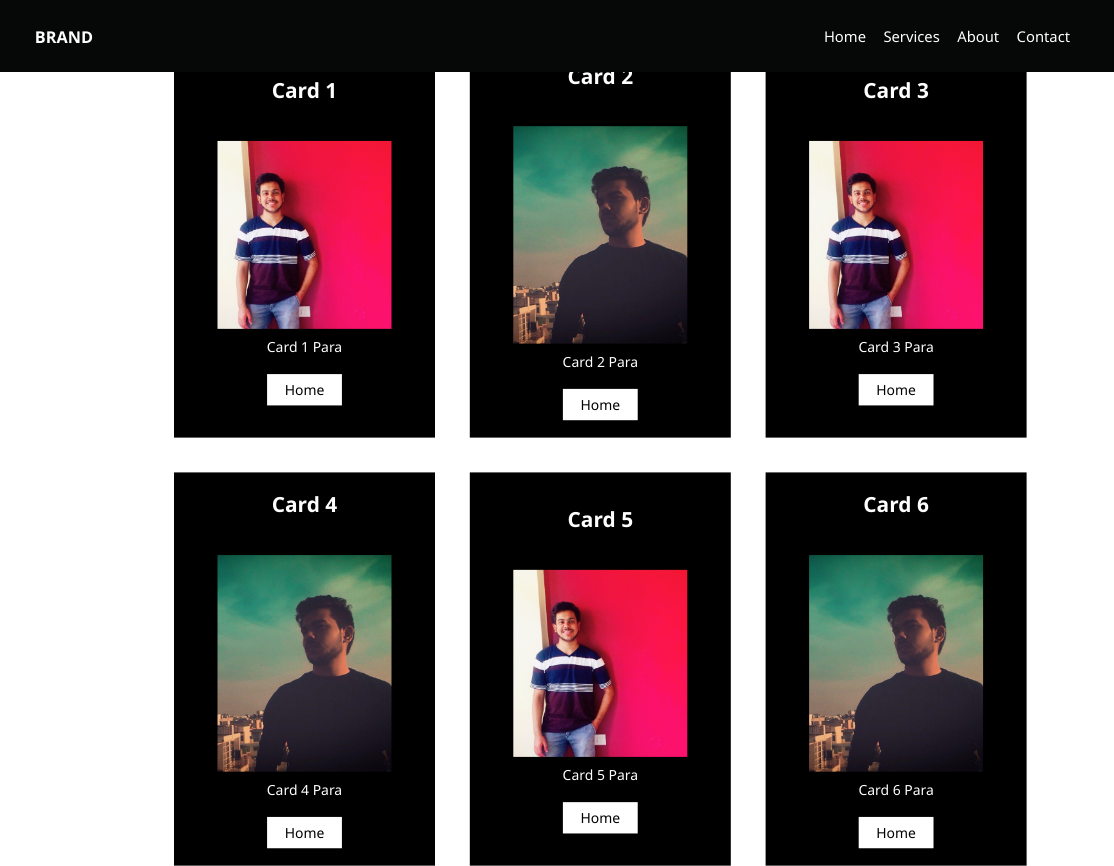
Repository: hemantsaini-7/React_Basics
Page: /services (app in webreact/)
These files come from the project's save history. The page is drawn as it stood at one moment and after the next save; the edit follows.
The browser window is 1280 px wide. The pictures show the whole page, at 87% of full size.
The project was rebuilt for these pictures with package versions that can differ from the ones it lists, and the page was loaded fresh each time. Also part of the build but not shown: webreact/src/components/Common.js, webreact/src/components/Home.js, webreact/src/components/About.js, webreact/src/components/Contact.js.

Above is the page before, as saved 2020-11-02 15:31:03.

After the next save:
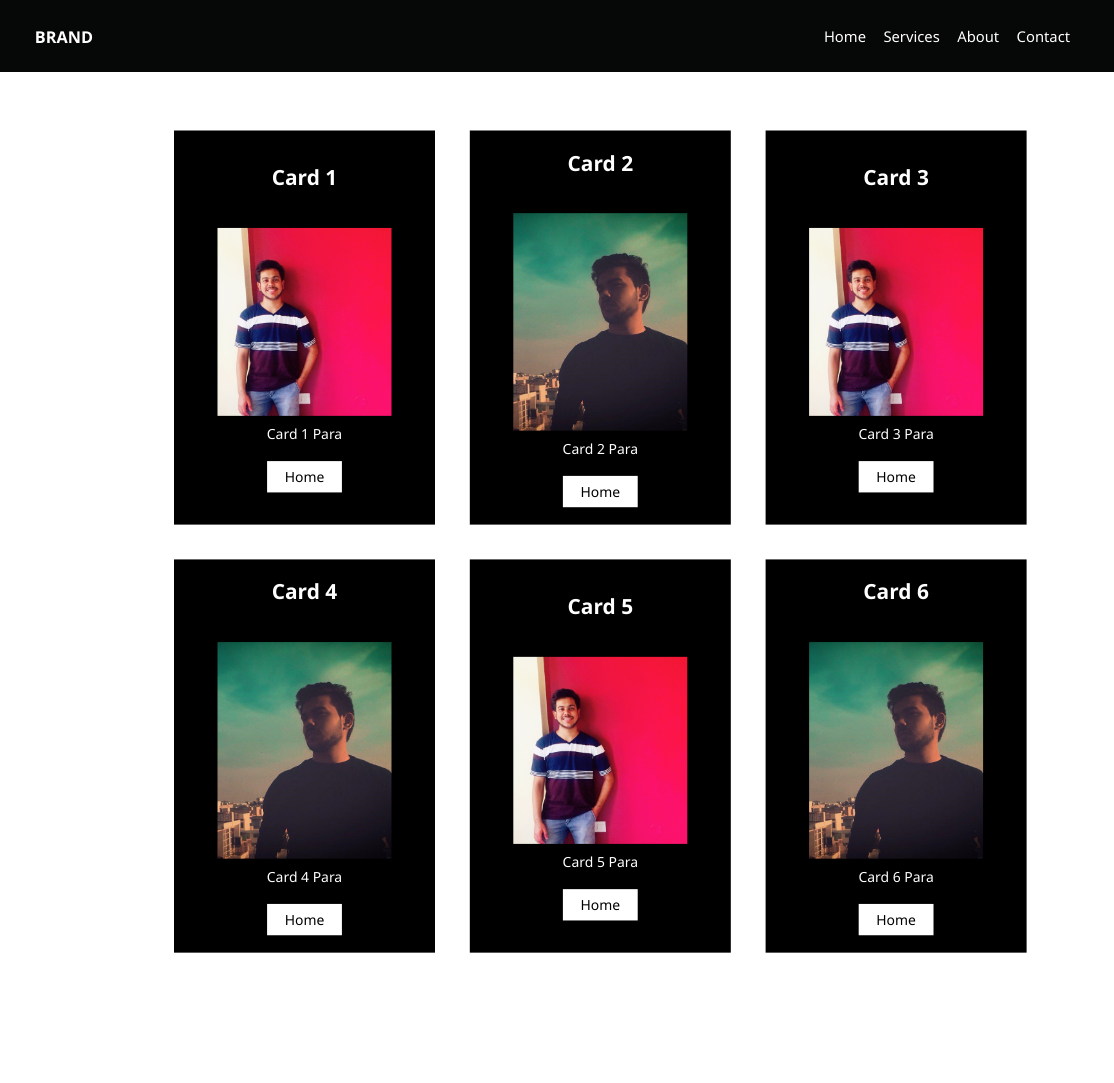
Saved 11 s later.
--- a/webreact/src/App.css
+++ b/webreact/src/App.css
@@ -52,8 +52,7 @@ nav h3 {
   display: grid;
   grid-template-columns: repeat(3, 1fr);
   grid-gap: 40px;
-  margin: 50px 200px;
-  height: 100vh;
+  margin: 150px 200px;
 }
 .card {
   background-color: #000;
